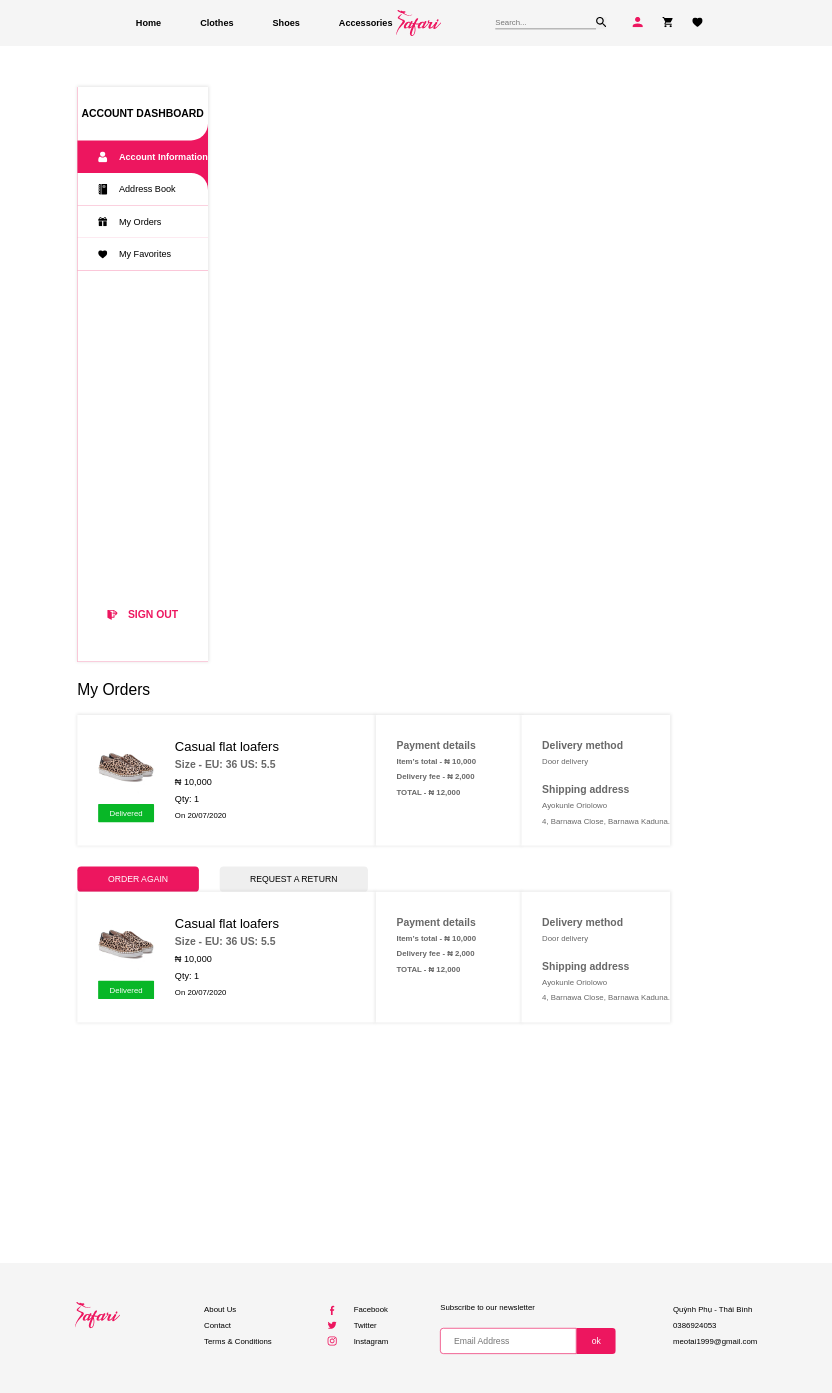
Repository: tboy1999/safari
Page: views/user.html
An editor plug-in stored every save of this project. The page is shown before and after the next save, followed by the edit.
The browser window is 1280 px wide. The pictures show the whole page, at 65% of full size.
Some web libraries are served in a nearby version. The style sheet was rebuilt from its Sass, Less or Tailwind sources for each picture, by a compiler version that may differ from the author's.

Above is the page before, as saved 2022-04-28 17:38:03.

After the next save:
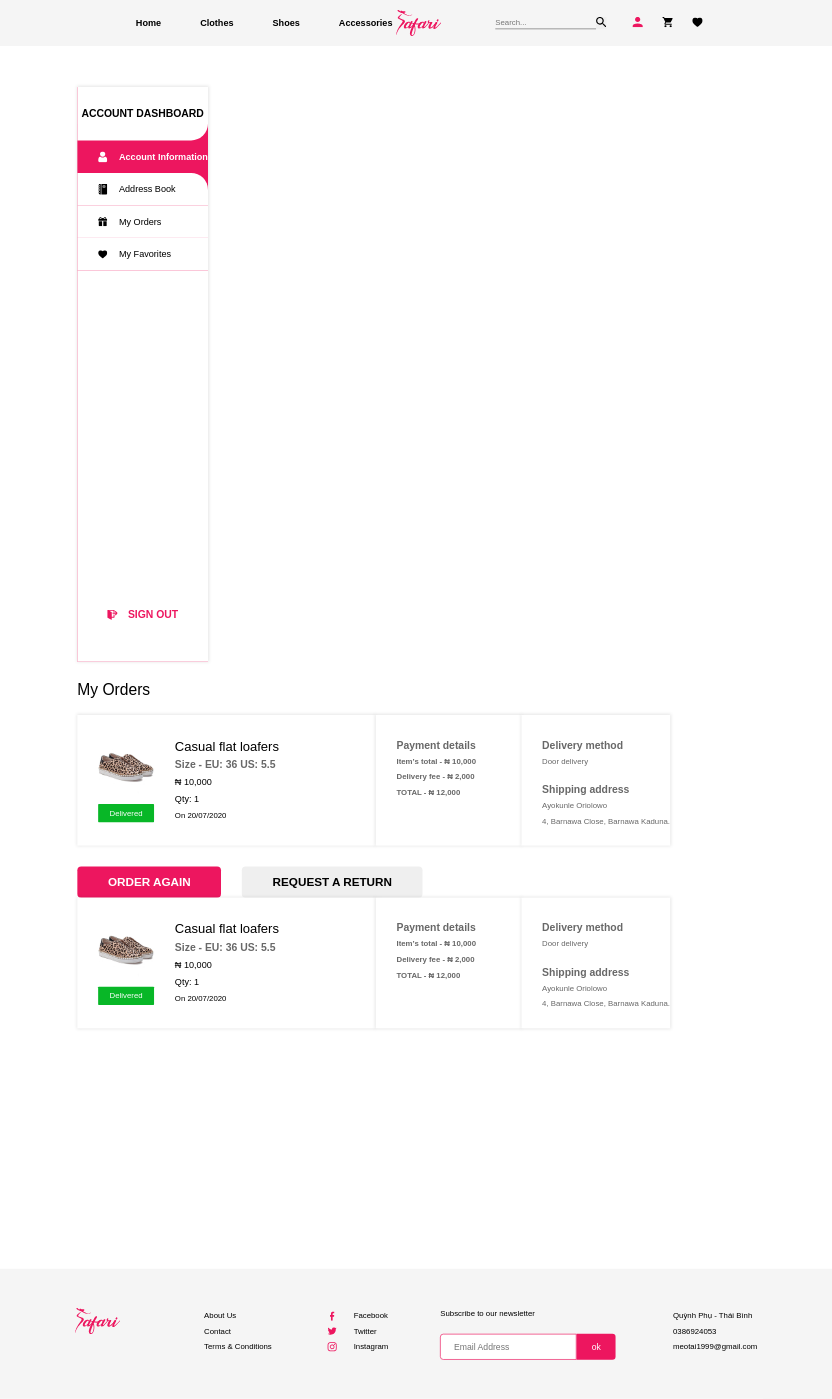
Saved 19 s later.
--- a/views/user.html
+++ b/views/user.html
@@ -178,8 +178,8 @@
                 </div>
               </div>
               <div class="my-orders__button facenter gap32">
-                <button class="user__btn user__btn--active">ORDER AGAIN</button>
-                <button class="user__btn">REQUEST A RETURN</button>
+                <button class="user__btn user__btn--active fz18 ">ORDER AGAIN</button>
+                <button class="user__btn fz18 ">REQUEST A RETURN</button>
               </div>
               <div class="my-orders">
                 <div class="my-orders__info d-flex">
